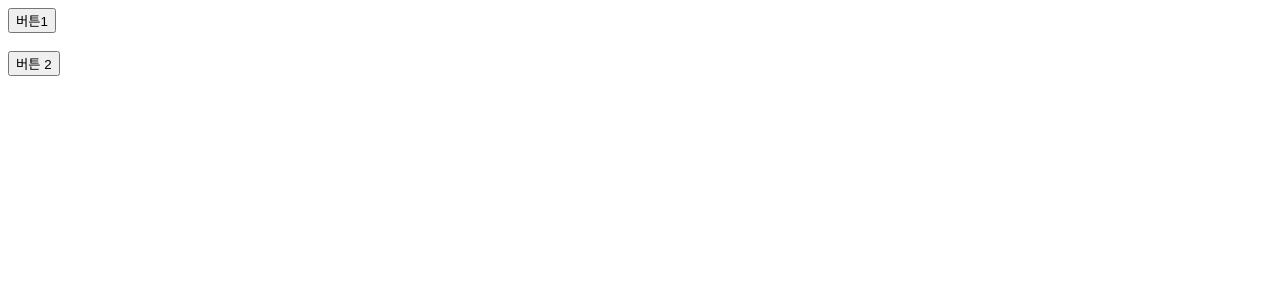
Repository: KYJIN1024/kic_jquery
Page: http://localhost/JQueryEx01/jquery37.jsp
These files come from the project's save history. The page is drawn as it stood at one moment and after the next save; the edit follows.
The browser window is 1280 px wide. The pictures show the whole page.
The page is served by Tomcat 9.

Above is the page before, as saved 2023-05-16 06:42:10.

After the next save:
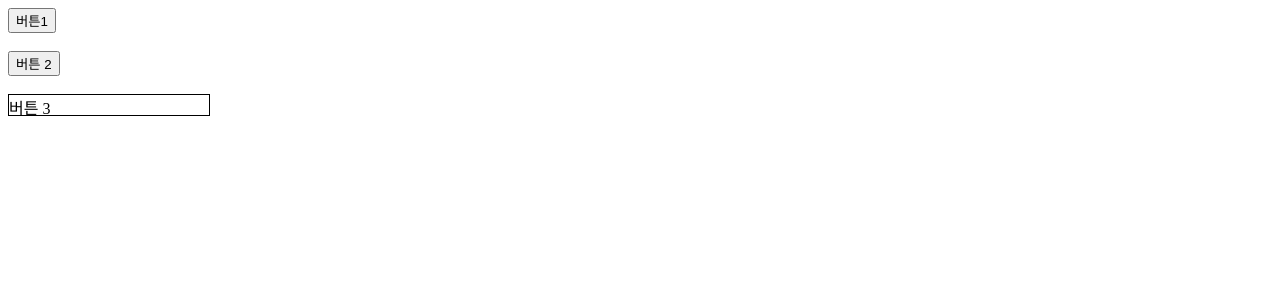
Saved 83 s later.
--- a/JQueryEx01/src/main/webapp/jquery37.jsp
+++ b/JQueryEx01/src/main/webapp/jquery37.jsp
@@ -26,6 +26,7 @@
 
 <input type="button" id="btn1" value="버튼1" /> <br /><br />
 <button id="btn2" />버튼 2</button><br /><br />
+<div id="btn3" style="width:200px; height:20px;border:1px solid black"> 버튼 3 </div>
 
 </body>
 </html>
